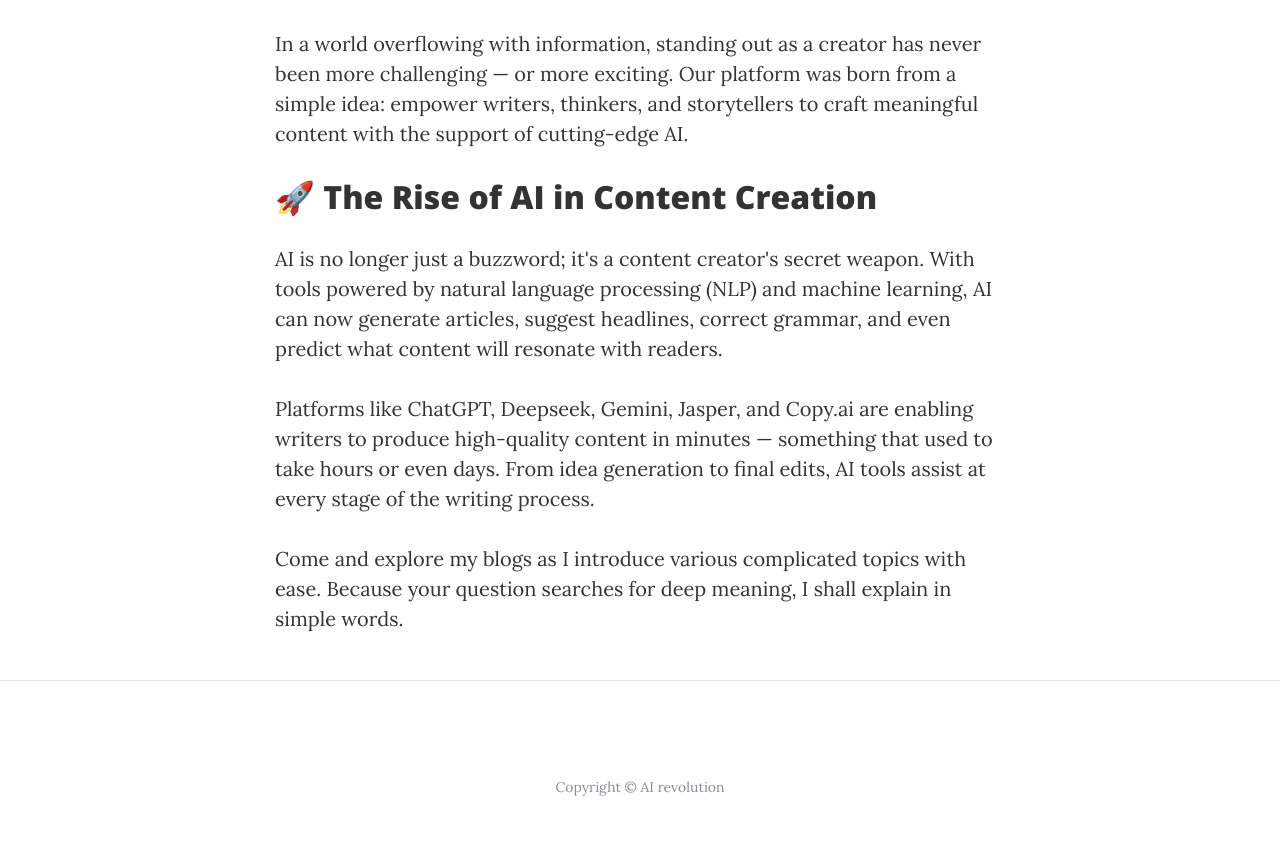
Repository: wahibkhannn/WriteWise-AI_blogging
Page: http://localhost/about
The author's editor kept a copy of each file at every save. The page is drawn from the files as they stood at one save, then again after a run of saves.
The browser window is 1280 px wide. The pictures show the part of the page from y = 796 to 1748 px (the page is 1659 px tall before and 1779 px after).
Some web fonts or font styles are not loaded; a fallback is used. The page is served by the project's application, run on Flask 3 (app.py).

Above is the page before, as saved 2025-07-01 14:10:43.

After the next 2 saves:
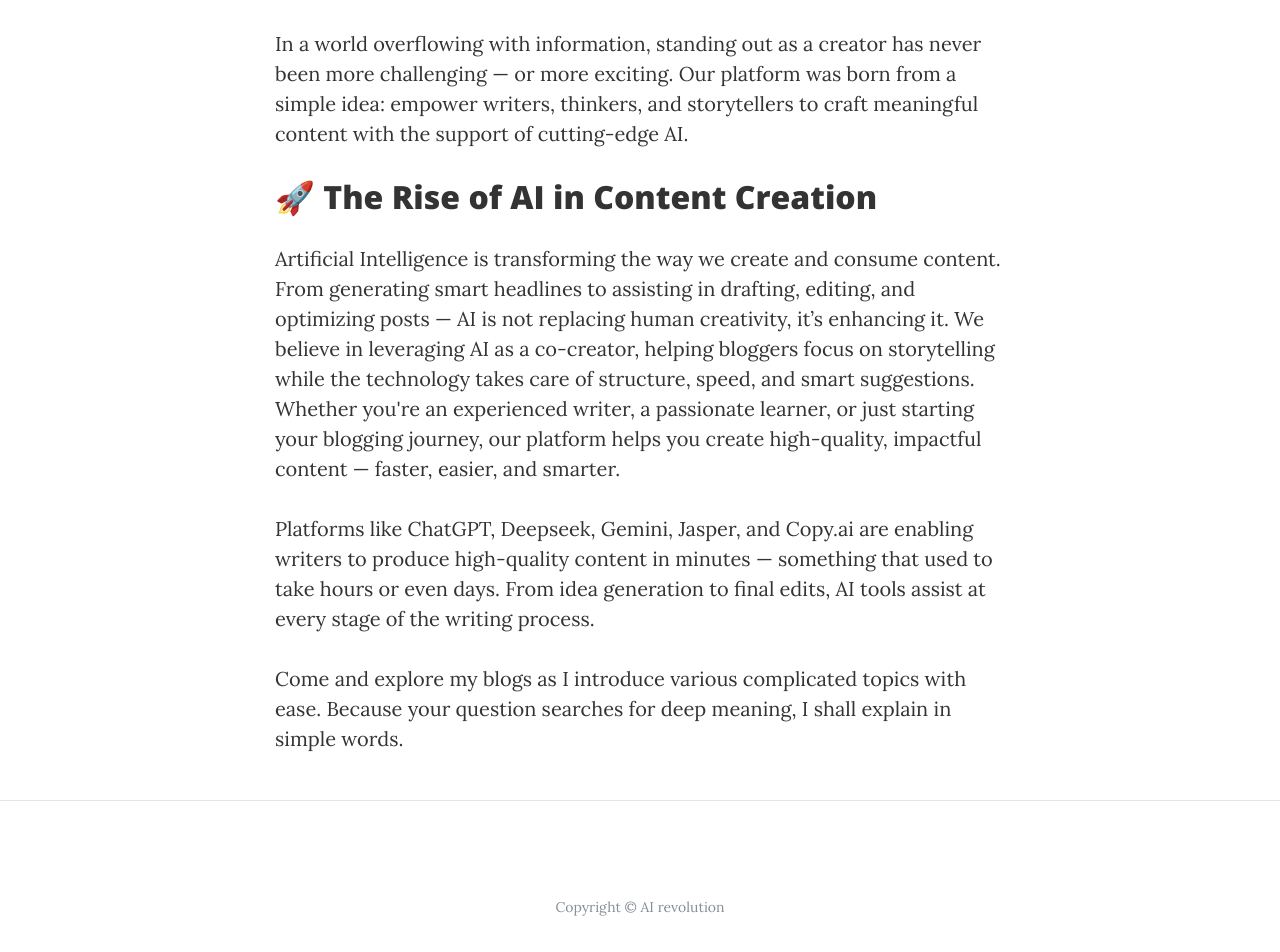
The 2 saves are shown as one change because they came seconds apart.
The last was saved 4 min 17 s later.
--- a/templates/about.html
+++ b/templates/about.html
@@ -76,7 +76,9 @@
         <p>In a world overflowing with information, standing out as a creator has never been more challenging — or more exciting. Our platform was born from a simple idea: empower writers, thinkers, and storytellers to craft
         meaningful content with the support of cutting-edge AI.</p>
         <h2>🚀 The Rise of AI in Content Creation</h2>
-        <p>AI is no longer just a buzzword; it's a content creator's secret weapon. With tools powered by natural language processing (NLP) and machine learning, AI can now generate articles, suggest headlines, correct grammar, and even predict what content will resonate with readers.</p>
+        <p>Artificial Intelligence is transforming the way we create and consume content. From generating smart headlines to assisting in drafting, editing, and optimizing posts — AI is not replacing human creativity, it’s enhancing it. We believe in leveraging AI as a co-creator, helping bloggers focus on storytelling while the technology takes care of structure, speed, and smart suggestions.
+
+Whether you're an experienced writer, a passionate learner, or just starting your blogging journey, our platform helps you create high-quality, impactful content — faster, easier, and smarter.</p>
 
         <p>Platforms like ChatGPT, Deepseek, Gemini, Jasper, and Copy.ai are enabling writers to produce high-quality
           content in minutes — something that used to take hours or even days. From idea generation to final edits, AI
